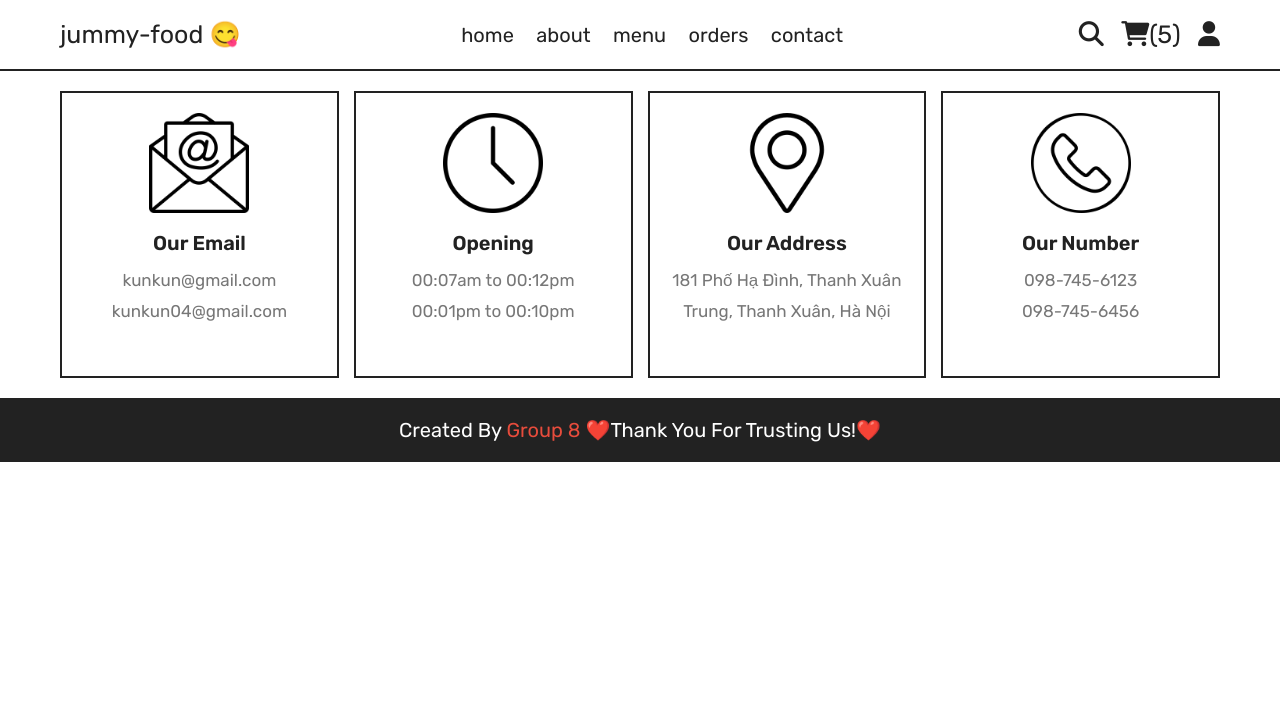
Repository: VuongLinhDinh/jummy_food
Page: contact.html
These files come from the project's save history. The page is drawn as it stood at one moment and after the next save; the edit follows.
The browser window is 1280 px wide. The pictures show the whole page.
Some web libraries are served in a nearby version.

Above is the page before, as saved 2023-11-09 23:20:03.

After the next save:
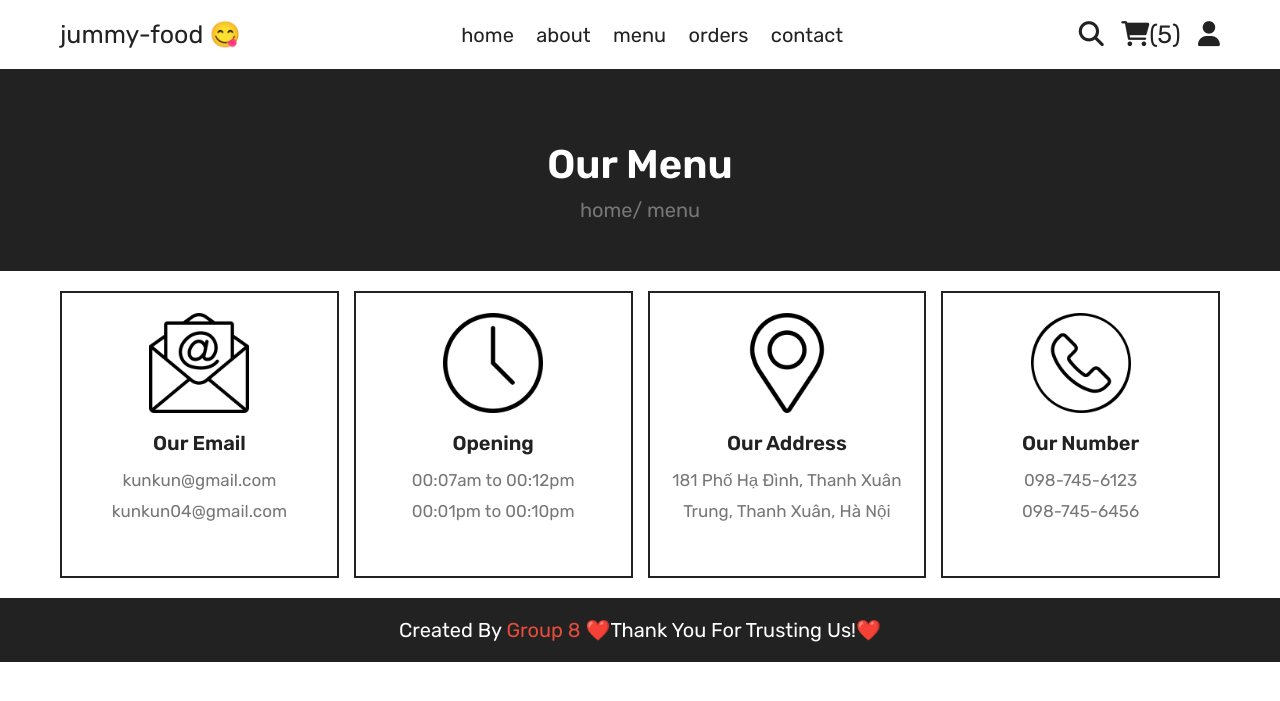
Saved 33 s later.
--- a/contact.html
+++ b/contact.html
@@ -38,6 +38,10 @@
         </section>
     </header>
     <!-- header section end  -->
+    <div class="heading">
+        <h3>our menu</h3>
+        <p><a href="home.html">home</a><span>/ menu</span></p>
+    </div>
     <!-- footer section starts  -->
     <footer class="footer">
         <section class="grid">
